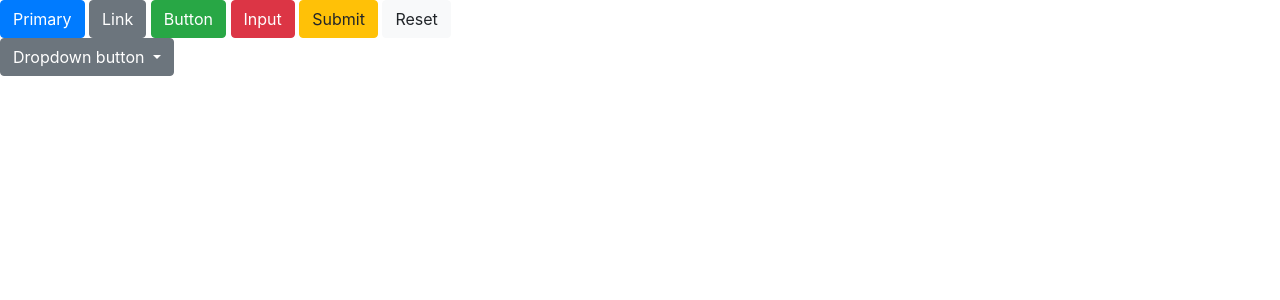
Repository: roseline0912/LikeLion
Page: Day3/bootstrap.html
The author's editor kept a record of every edit. The page is drawn from the files as they stood at one moment, then again after the next edit.
The browser window is 1280 px wide. The pictures show the whole page.

Above is the page before.

After the next edit:
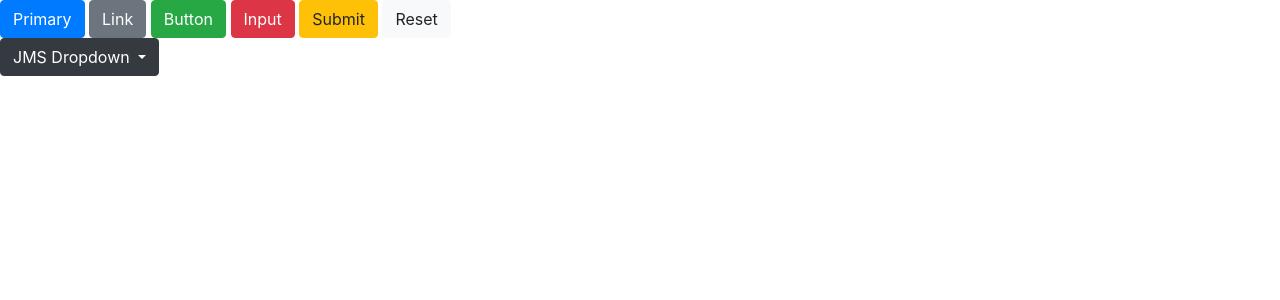
The edit:
--- a/Day3/bootstrap.html
+++ b/Day3/bootstrap.html
@@ -17,8 +17,8 @@
 
 
 <div class="dropdown">
-  <button class="btn btn-secondary dropdown-toggle" type="button" id="dropdownMenuButton" data-toggle="dropdown" aria-haspopup="true" aria-expanded="false">
-    Dropdown button
+  <button class="btn btn-dark dropdown-toggle" type="button" id="dropdownMenuButton" data-toggle="dropdown" aria-haspopup="true" aria-expanded="false">
+    JMS Dropdown
   </button>
   <div class="dropdown-menu" aria-labelledby="dropdownMenuButton">
     <a class="dropdown-item" href="#">Action</a>
